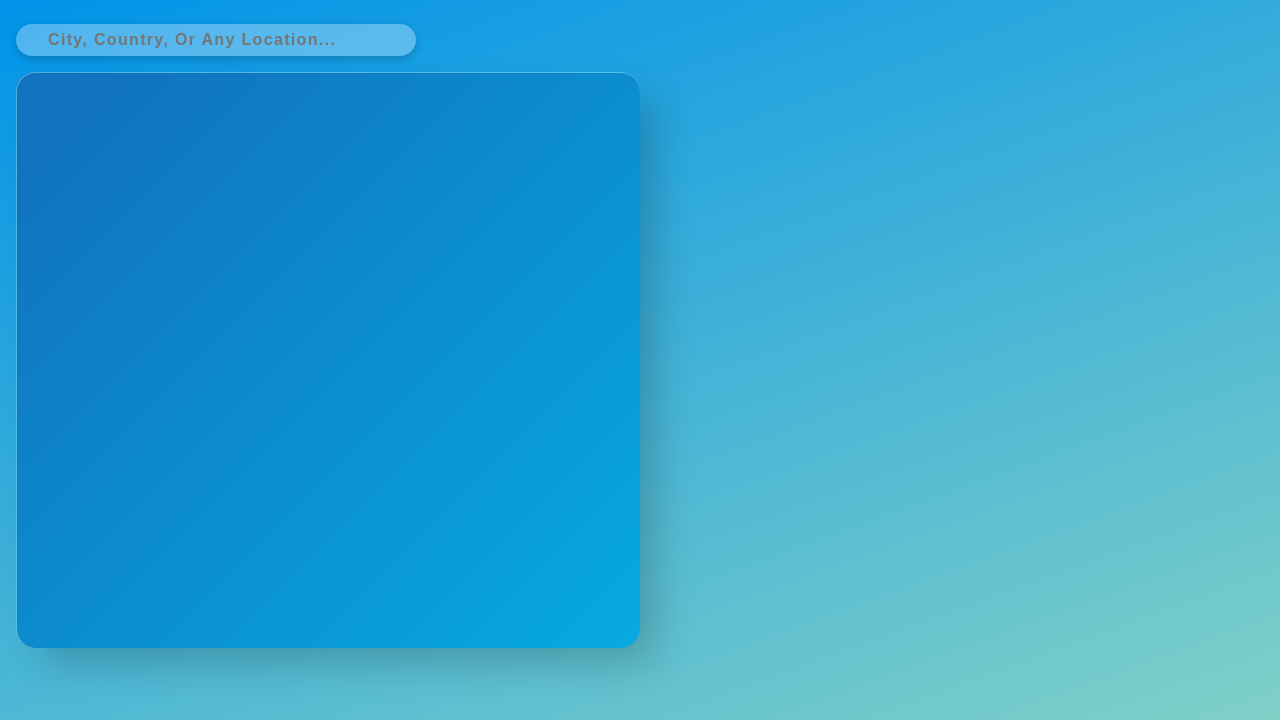
Repository: Haydenleung/weather-app-2024
Page: /
An editor plug-in stored every save of this project. The page is shown before and after the next save, followed by the edit.
The browser window is 1280 px wide. The pictures show the whole page.
The project was rebuilt for these pictures with package versions that can differ from the ones it lists, and the page was loaded fresh each time. The framework's server and built-in components were replaced by stand-ins that run in the browser. Also part of the build but not shown: next.config.mjs.

Above is the page before, as saved 2024-02-09 09:27:12.

After the next save:
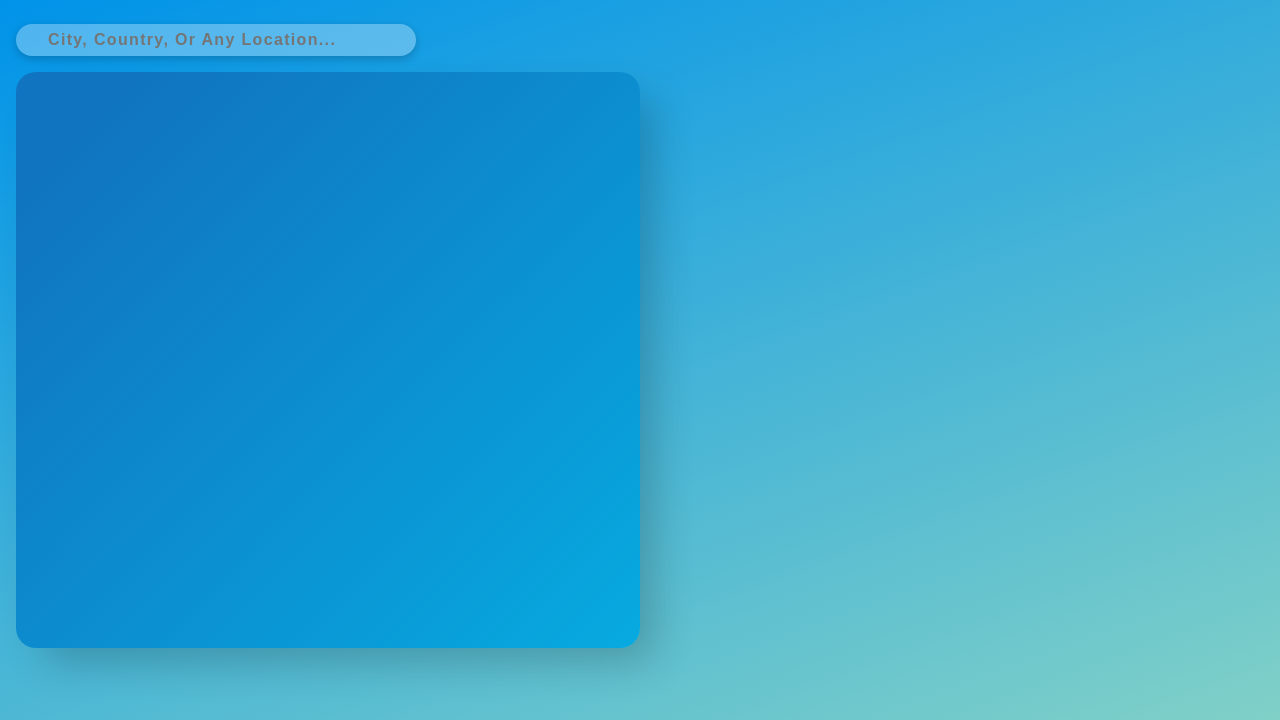
Saved 5 s later.
--- a/src/styles/globals.css
+++ b/src/styles/globals.css
@@ -69,8 +69,8 @@
   background: rgba(255, 255, 255, 0.3);
   padding: 3rem;
   border-radius: 20px;
-  border-left: 1px solid rgba(255, 255, 255, 0.3);
-  border-top: 1px solid rgba(255, 255, 255, 0.3);
+  /* border-left: 1px solid rgba(255, 255, 255, 0.3); */
+  /* border-top: 1px solid rgba(255, 255, 255, 0.3); */
   backdrop-filter: blur(10px);
   box-shadow: 20px 20px 40px -6px rgba(0, 0, 0, 0.2);
   text-align: center;
